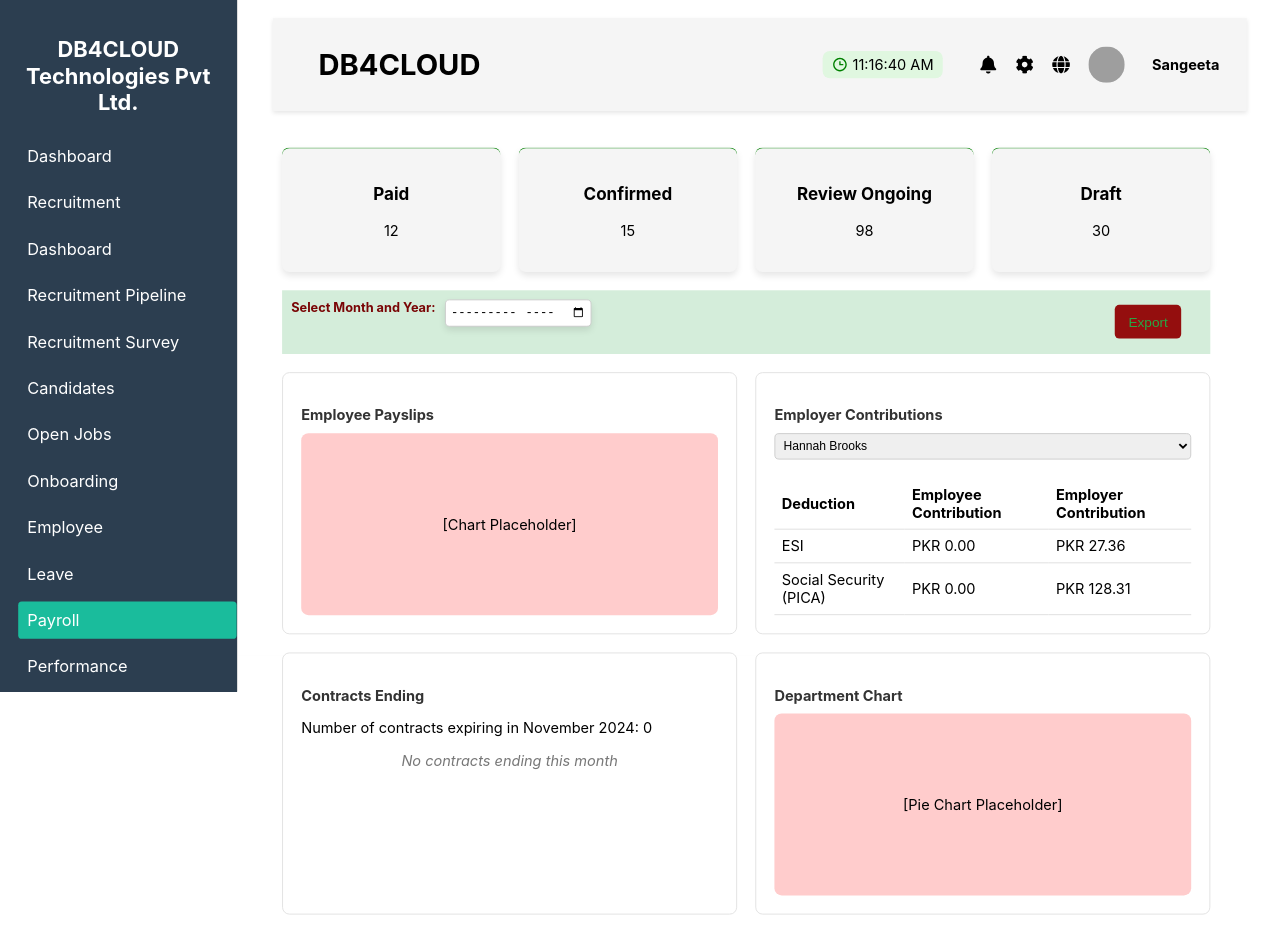
Repository: tinu-ns/Dev-code
Page: /payroll/payroll-dashboard (app in HRMS-DEMO-Sang/hrms/)
The author's editor kept a copy of each file at every save. The page is drawn from the files as they stood at one save, then again after a run of saves.
The browser window is 1280 px wide. The page is 1390 px wide, so the pictures cover 1390 px, including what lies to the right of the window. The pictures show the whole page, at 91% of full size.
Pictures or frames that could not be fetched are drawn as grey boxes. The project was rebuilt for these pictures with package versions that can differ from the ones it lists, and the page was loaded fresh each time. Also part of the build but not shown: HRMS-DEMO-Sang/hrms/src/components/Dashboard.js, HRMS-DEMO-Sang/hrms/src/components/Recruitment.js, HRMS-DEMO-Sang/hrms/src/components/Payroll/Payroll.js, HRMS-DEMO-Sang/hrms/src/components/Leave.js, HRMS-DEMO-Sang/hrms/src/components/Employee.js, HRMS-DEMO-Sang/hrms/src/components/MainContent.css, HRMS-DEMO-Sang/hrms/src/components/MainContent.js, HRMS-DEMO-Sang/hrms/src/components/RightSidebar.css and 8 more. Imported but missing from the stored project, and not drawn on this page: HRMS-DEMO-Sang/hrms/src/components/Onboarding, HRMS-DEMO-Sang/hrms/src/components/Performance.

Above is the page before, as saved 2024-11-06 11:50:52.

### HRMS-DEMO-Sang/hrms/src/App.js
// App.js
import React from 'react';
import { BrowserRouter as Router, Route, Routes, Navigate } from 'react-router-dom';
import Sidebar from './components/Sidebar';
import Dashboard from './components/Dashboard';
import Recruitment from './components/Recruitment';
import Onboarding from './components/Onboarding';
import Performance from './components/Performance';
import Payroll from './components/Payroll/Payroll';
import Leave from './components/Leave';
import Employee from './components/Employee';
import Header from './components/Header';
import MainContent from './components/MainContent';
import RightSidebar from './components/RightSidebar';
import RecruitmentDashboard from './components/Recruitment/RecruitmentDashboard';
import RecruitmentPipeline from './components/Recruitment/RecruitmentPipeline';
import Allowances from './components/Payroll/Allowances';
import Contract from './components/Payroll/Contract';
import Deductions from './components/Payroll/Deductions';
import Payslips from './components/Payroll/Payslips';
import PayrollDashboard from './components/Payroll/PayrollDashboard';
import EmployeeDashboard from './components/Employee/EmployeeDashboard';


import './App.css';

function App() {
  return (
    <Router>
      <div className="app">
        <Sidebar />
        <div className='content-container'>
          <Header />
          <div className="main-section">
            <Routes>
              {/* Main Dashboard Route */}
              <Route path="/" element={<><MainContent /><RightSidebar /></>} />

              {/* Subpage Routes */}
              <Route path="/dashboard" element={<Dashboard />} />
              <Route path="/recruitment" element={<Recruitment />} />
              <Route path="/recruitment/dashboard" element={<RecruitmentDashboard />} />
              <Route path="/recruitment/pipeline" element={<RecruitmentPipeline />} />
              <Route path="/recruitment/survey" element={<div>Survey Page</div>} />
              <Route path="/recruitment/candidates" element={<div>Candidates Page</div>} />
              <Route path="/recruitment/open-jobs" element={<div>Open Jobs Page</div>} />
              <Route path="/onboarding" element={<Onboarding />} />
              <Route path="/employee" element={<Employee />} />

              {/* Payroll Section Routes */}

              <Route path="/employee" element={<EmployeeDashboard />} />
            {/* Other routes */}
            <Route path="*" element={<Navigate to="/employee" />} />

              <Route path="/leave" element={<Leave />} />

              {/* Payroll Section Routes */}
              <Route path="/payroll" element={<Payroll />} />
              <Route path="/payroll/allowances" element={<Allowances />} />
              <Route path="/payroll/contract" element={<Contract />} />
              <Route path="/payroll/deductions" element={<Deductions />} />
              <Route path="/payroll/payslips" element={<Payslips />} />
              <Route path="/payroll/payroll-dashboard" element={<PayrollDashboard />} />
              <Route path="/performance" element={<Performance />} />


              {/* Redirect unknown routes to main dashboard */}
              <Route path="*" element={<Navigate to="/" />} />
            </Routes>
          </div>
        </div>
      </div>
    </Router>
  );
}

export default App;

### HRMS-DEMO-Sang/hrms/src/components/Sidebar.js
import React, {useState} from "react";
import { NavLink } from "react-router-dom";

import "./Sidebar.css"
const Sidebar = () => {
  const [isPayrollOpen, setIsPayrollOpen] = useState(false);
  const togglePayrollMenu = () => {
    setIsPayrollOpen(!isPayrollOpen);
  };


  return (
    <div className="container">
    <div className="sidebar">
      <h2>DB4CLOUD Technologies Pvt Ltd.</h2>
      <ul className="sidebar-list">
      <li>
          <NavLink to="/dashboard" activeClassName="active">
            Dashboard
          </NavLink>
        </li>
        <li>
          <NavLink to="/recruitment" activeClassName="active">
            Recruitment
          </NavLink>
          <ul>
            <li><NavLink to="/recruitment/dashboard">Dashboard</NavLink></li>
            <li><NavLink to="/recruitment/pipeline">Recruitment Pipeline</NavLink></li>
            <li><NavLink to="/recruitment/survey">Recruitment Survey</NavLink></li>
            <li><NavLink to="/recruitment/candidates">Candidates</NavLink></li>
            <li><NavLink to="/recruitment/open-jobs">Open Jobs</NavLink></li>
          </ul>
        </li>
        {/* Add more items as needed */}
        <li>
          <NavLink to="/onboarding" activeClassName="active">
            Onboarding
          </NavLink>
        </li>
        <li>
          <NavLink to="/employee" activeClassName="active">
            Employee
          </NavLink>
        </li>
        <li>
          <NavLink to="/leave" activeClassName="active">
            Leave
          </NavLink>
        </li>
            {/* Payroll section */}
        <li>
          <NavLink to="/payroll" activeClassName="active" className="menu-toggle" onClick={togglePayrollMenu}>
            Payroll
          </NavLink>

          {isPayrollOpen && (
            <ul className="submenu">
              <li><NavLink to="/payroll/payroll-dashboard">Dashboard</NavLink></li>
              <li><NavLink to="/payroll/allowances">Allowances</NavLink></li>
              <li><NavLink to="/payroll/contract">Contracts</NavLink></li>
              <li><NavLink to="/payroll/deductions">Deductions</NavLink></li>
              <li><NavLink to="/payroll/payslips">Payslips</NavLink></li>
              <li><NavLink to="/payroll/payroll">Payroll</NavLink></li>
              <li><NavLink to="/payroll/loan-advance-salary">Loan / Advance Salary</NavLink></li>
              <li><NavLink to="/payroll/encashments-reimbursements">Encashments & Reimbursements</NavLink></li>
              <li><NavLink to="/payroll/federal-tax">Federal Tax</NavLink></li>
            </ul>
          )}
        </li>
        <li>
          <NavLink to="/performance" activeClassName="active">
            Performance
          </NavLink>
        </li>
        <li>
          <NavLink to="/offboarding" activeClassName="active">
            Offboarding
          </NavLink>
        </li>
        <li>
          <NavLink to="/assets" activeClassName="active">
            Assets
          </NavLink>
        </li>
        <li>
          <NavLink to="/help-desk" activeClassName="active">
            Help Desk
          </NavLink>
        </li>
        <li>
          <NavLink to="/configuration" activeClassName="active">
            Configuration
          </NavLink>
        </li>
      </ul>
    </div>

    </div>
  );
};

export default Sidebar;

### HRMS-DEMO-Sang/hrms/src/components/Header.js
import React, {useState,useEffect} from 'react'
import {FaBell, FaCog, FaGlobe, FaSignOutAlt} from 'react-icons/fa'
import {BiTime} from 'react-icons/bi'
import './Header.css'

const Header = () => {
    const [currentTime, setCurrentTime] = useState('')
    const [showDropdown, setShowDropdown] = useState(false);

    const getCurrentTime = () => {
        const now = new Date()
        return now.toLocaleTimeString()   // Returns time as HH:MM:SS
    }

// Update time every second
useEffect(() => {
    const timer = setInterval(() => {
      setCurrentTime(getCurrentTime());
    }, 1000); // Update every 1000ms (1 second)

    // Cleanup interval on component unmount
    return () => clearInterval(timer);
  }, []); // Empty dependency array to run only on mount/unmount


    const toggleDropdown = () => {
        setShowDropdown(!showDropdown)
    }


  return (
    <header className='bg-container'>
      <div className='header'>
        <div className="header-left">
        <button className='menu-button'></button>
        <h1>DB4CLOUD</h1>
        </div>

        <div className="header-right">
          {/*  <p>You cannot mark attendence from this network</p> */}

                {/* Time display*/ }
                <div className="time-box">
                    <BiTime className='time-icon' />
                    <span>{currentTime}</span>
                </div>

                {/*Icons for notificatins, settings, etc. */}
                <FaBell className='icon' title='Notifications' />
                <FaCog className="icon" title="Settings" />
                <FaGlobe className='icon' title='Language' />

                {/* User Profile with dropdown*/ }

                <div className="user-profile" onClick={toggleDropdown}>
                    <div className="user-avatar">
                    < img src="https://th.bing.com/th/id/OIP.Pgv1PargHCECE7gCB5kJ-wHaKx?rs=1&pid=ImgDetMain"
                alt="user-Avatar" className="avatar" />
                    </div>
                    <span className="user-name">Sangeeta</span>

{showDropdown && (
    <div className="dropdown">
        <ul>
            <li>Profile</li>
            <li>Setting</li>
            <li>
                <FaSignOutAlt /> Logout
            </li>
        </ul>
    </div>
)}

</div>

     {  /*      <div className="user-info">
                <span className='user-name'>Shalu</span>
                < img src="https://th.bing.com/th/id/OIP.Pgv1PargHCECE7gCB5kJ-wHaKx?rs=1&pid=ImgDetMain"
                alt="user-Avatar" className="avatar" />
            </div>
            */ }
        </div>


      </div>

    </header>
  )
}

export default Header

### HRMS-DEMO-Sang/hrms/src/App.css
.app{
  display: flex;
  height: 100vh;
  background-color: #f4f4f4;
}

.content-container{
  flex-grow: 1;
  padding: 20px;
  background-color: #fff;
  margin-left: 200px;
  display: flex;
  flex-direction: column;

}

.main-section{
  display: flex;
  justify-content: space-between;
  padding: 20px;
}


.sidebar {
  width: 220px;
  background-color: #2c3e50;
  position: fixed;
  height: 100vh;
}

### HRMS-DEMO-Sang/hrms/src/components/Sidebar.css
 .container{
    display: flex;
    height: 100vh;
    margin-right: 50px;
}

/*
.content{
    flex-grow: 1;
    padding: 20px;
    padding-left: 50px;

}  */

.sidebar {
    width: 220px;
    height: 100vh;
    background-color: #503f2c;
    padding: 20px;
    color: white;
    height: 100vh;
    position: fixed;
    border-right: 2px solid #ddd;
    overflow-y: auto;        /* Allows vertical scrolling */
    position: fixed;
    margin-right: 200px;        /* Keeps sidebar fixed on the left side */

  }



  .sidebar h2{
    text-align: center;
    margin-bottom: 30px;
    font-size: 24px;
  }

  .sidebar-list{
    list-style-type: none;
    padding: 0;
  }


  .sidebar-list li{
    margin-bottom: 15px;
  }

  .sidebar-list li a {
    color: white;
    text-decoration: none;
    font-size: 18px;
    padding: 10px;
    border-radius: 4px;
    display: block;
  }

  .sidebar-list li a:hover{
    color: #1abc9c;
  }

  .sidebar-list li a.active{
    background-color: #1abc9c;
    color: white;
  }

  .sidebar {
    width: 250px;
    background-color: #2E3A46;
    color: #FFF;
    padding: 20px;
    height: 100vh;
  }

  .sidebar h2 {
    font-size: 1.5em;
    margin-bottom: 1em;
  }

  .sidebar ul {
    list-style: none;
    padding: 0;
  }

  .sidebar li {
    margin: 10px 0;
  }

  .sidebar li ul {
    margin-top: 5px;
  }

  .sidebar a {
    color: #FFF;
    text-decoration: none;
  }

  .sidebar a:hover {
    text-decoration: underline;
  }

  .sidebar a.active {
    color: #20c997;
  }

  .sidebar ul li a:hover, .menu-toggle:hover {
    background-color: #34495e;
  }

  .menu-toggle {
    background: none;
    border: none;
    color: #ecf0f1;
    font-size: 1rem;
    text-align: left;
    cursor: pointer;
    width: 100%;
    padding: 10px;
  }

  .submenu {
    list-style-type: none;
    padding-left: 20px;
  }

  .submenu li a {
    padding-left: 20px;
    font-size: 0.9rem;
  }

### HRMS-DEMO-Sang/hrms/src/components/Employee.css
/* EmployeeDashboard.css */
.employee-dashboard {
    padding: 20px;
  }

  .container {
    display: flex;
    justify-content: space-between;
    align-items: flex-start;
  }

  .month-year-selector {
    width: 40%;
  }

  .employee-details {
    width: 55%;
    padding: 10px;
    border: 1px solid #ccc;
    border-radius: 5px;
  }

  .calendar {
    margin-top: 10px;
    border: 1px solid #007bff;
    padding: 10px;
  }

  .calendar-month {
    display: grid;
    grid-template-columns: repeat(7, 1fr); /* 7 columns for the days */
    gap: 5px;
  }

  .calendar-day {
    padding: 10px;
    background-color: #f0f0f0;
    text-align: center;
    cursor: pointer;
    border: 1px solid #ccc;
    border-radius: 3px;
    transition: background-color 0.3s;
  }

  .calendar-day:hover {
    background-color: #d0e8ff;
  }

  .employee-chart {
    margin-top: 10px;
  }

  .employee-status {
    padding: 10px;
    border: 1px solid #ccc;
    border-radius: 5px;
    display: flex;
    justify-content: space-between;
    margin-bottom: 5px;
  }

  .draft { background-color: #fff3cd; }
  .reviewed { background-color: #cce5ff; }
  .confirmed { background-color: #d4edda; }
  .paid { background-color: #d1ecf1; }

### HRMS-DEMO-Sang/hrms/src/components/Header.css
.bg-container{
  padding-left: 30px;

}

.header {
    background-color: #f5f5f5;
    padding: 10px 20px;
    display: flex;
    justify-content: space-between;
    align-items: center;
    box-shadow: 0px 2px 5px rgba(0, 0, 0, 0.1);
  }

  .header-left {
    display: flex;
    align-items: center;
  }

  .menu-button {
    font-size: 24px;
    background: none;
    border: none;
    cursor: pointer;
  }

  .h1{
    margin-left: 15px;
    font-size: 24px;
    color: red! important ;
  }

  .header-right{
    display: flex;
    align-items: center;
  }

  .icon{
    margin-left: 20px;
    font-size: 20px;
    cursor: pointer;
  }

  .time-box {
    display: flex;
    align-items: center;
    background-color: #e0f7e0;
    padding: 5px 10px;
    border-radius: 8px;
    margin-right: 20px;
  }

  .time-icon {
    margin-right: 5px;
    font-size: 18px;
    color: green;
  }

  .user-profile{
    display: flex;
    align-items: center;
    cursor: pointer;
    position: relative;
  }

  .user-avatar{
    padding: 20px;
  }

  .avatar{
    width: 40px;
    height: 40px;
    background-color: #d4d4d4;
    border-radius: 50%;
    display: flex;
    justify-content: center;
    align-items: center;
    font-size: 18px;
    color: white;
    margin-right: 10px;

  }

  .user-name{
    font-weight: bold;
  }

  .dropdown{
    position: absolute;
    top: 50px;
    right: 0;
    background-color: #fff;
    box-shadow: 0px 2px 8px rgba(0, 0, 0, 0.1);
    border-radius: 5px;
    z-index: 100;
  }

  .dropdown ul {
    list-style-type: none;
    padding: 10px;
    margin: 0;
  }

  .dropdown ul li {
    padding: 10px 15px;
    cursor: pointer;
  }

  .dropdown ul li:hover {
    background-color: #f5f5f5;
  }

  .user-info {
    display: flex;
    align-items: center;
  }

  .user-name {
    margin-right: 10px;
  }

### HRMS-DEMO-Sang/hrms/src/components/Recruitment/RecruitmentPipeline.css
.pipeline-container {
    padding: 20px;
    background-color: #f5f5f5;
    border-radius: 8px;
  }

  .pipeline-section {
    margin-top: 20px;
  }

  .pipeline-section h3 {
    background-color: #f8f9fa;
    padding: 10px;
    border-left: 5px solid #ffa500;
  }

  .recruitment-table {
    width: 100%;
    border-collapse: collapse;
  }

  .recruitment-table th,
  .recruitment-table td {
    padding: 10px;
    border-bottom: 1px solid #ddd;
    text-align: left;
  }

  .recruitment-table th {
    background-color: #f1f1f1;
  }

  button {
    padding: 5px 10px;
    margin: 0 5px;
    border: none;
    border-radius: 4px;
    cursor: pointer;
  }

  button:hover {
    background-color: #ddd;
  }

### HRMS-DEMO-Sang/hrms/src/components/Payroll/PayrollDashboard.css
/* PayrollDashboard.css */
.payroll-dashboard {
  padding: 20px;
}

.status-containers {
  display: flex;
  justify-content: space-between;
  margin-bottom: 20px;
}

.status-container {
  background-color: #f0f0f0;
  border: 1px solid #ccc;
  padding: 10px;
  text-align: center;
  width: 18%;
}

.paid {
  background-color: #d4edda;
}
.confirmed {
  background-color: #cce5ff;
}
.review {
  background-color: #fff3cd;
}
.draft {
  background-color: #f8d7da;
}


.export-buttons {
  display: flex;
  gap: 10px;
  padding: 10px;
  text-align: center;
  cursor: pointer;
  width: 100px;


}

.export{
    color: #28a745;
    font-size: 15px;
    padding: 10px 15px;
    font-weight: 400;
    cursor: pointer;
    font-size: 15px;
    background-color:  #940e0e;
    border-radius: 5px;
    border: none;




}

.export-form {
  margin-top: 20px;
  border: 1px solid #ccc;
  padding: 20px;
  background-color: #f9f9f9;
  border: 1px solid #ccc;
  border-radius: 5px;
  width: 40%;
  display: flex;
  flex-direction: column;
  box-shadow: 0px 4px 8px rgba(0, 0, 0, 0.1);
}

.form-row {
    display: flex;
    gap: 20px;
    margin-bottom: 10px;
  }

  .form-group {
    display: flex;
    flex-direction: column;
    flex: 1;
  }

  .form-group label {
    margin-bottom: 5px;
    font-size: 14px;
    color: #333;
    font-weight: bold;
  }

.export-form label {
  display: block;
  margin-bottom: 10px;
}

.export-form input,
.export-form select {
    padding: 8px;
  border: 1px solid #ccc;
  border-radius: 5px;
}

.export-form button {
  margin-top: 10px;
  padding: 10px;
  background-color: #28a745;
  color: white;
  border: none;
  cursor: pointer;
}

.submit-button:hover {
    background-color: #218838;
  }

.status {
  display: flex;
  justify-content: space-around;
  gap: 20px;
}

.status-item {
  background-color: #f5f5f5;
  padding: 20px;
  width: 200px;
  text-align: center;
  border-radius: 8px;
  margin-bottom: 20px;
  box-shadow: 0px 4px 8px rgba(0, 0, 0, 0.1);
  border-top: 1px solid green;
}

.row-container {
  display: flex;
  align-items: center;
  justify-content: space-between; /* Space between calendar and export button */
  margin-bottom: 20px;
  background-color: #d4edda;
  text-align: center;

}

.calendar-container {
    margin-bottom: 20px;
  }


.date-selector {
  display: flex;
  flex-direction: row;
  padding: 10px;
}

.date-selector label {
  font-size: 14px;
  margin-bottom: 5px;
  margin-right: 10px;
  color: rgb(121, 5, 5);
  font-weight: bold;
  text-align: center;
}

.date-selector input[type="month"] {
  padding: 5px;
  border: 1px solid #ccc;
  border-radius: 5px;
  box-shadow: 0px 4px 8px rgba(0, 0, 0, 0.1);
}

.dashboard-content {
  display: grid;
  grid-template-columns: 1fr 1fr;
  gap: 20px;
}

.employee-payslips,
.contributions,
.contracts-ending,
.department-chart {
  background-color: #ffffff;
  border: 1px solid #e0e0e0;
  border-radius: 8px;
  padding: 20px;
}

.employee-payslips h3,
.contributions h3,
.contracts-ending h3,
.department-chart h3 {
  font-size: 16px;
  color: #333333;
  margin-bottom: 10px;
}

.payslip-chart,
.chart-placeholder {
  height: 200px;
  background-color: #ffcccc;
  border-radius: 8px;
  display: flex;
  align-items: center;
  justify-content: center;
}

.employee-dropdown {
  width: 100%;
  padding: 5px;
  margin-bottom: 10px;
  border: 1px solid #ccc;
  border-radius: 5px;
}

table {
  width: 100%;
  border-collapse: collapse;
  margin-top: 10px;
}

th,
td {
  padding: 8px;
  text-align: left;
  border-bottom: 1px solid #ddd;
}

.no-contracts {
  text-align: center;
  color: #777;
  font-style: italic;
}

### HRMS-DEMO-Sang/hrms/src/components/Employee/EmployeeDashboard.css
/* EmployeeDashboard.css */
.employee-dashboard {
    padding: 20px;
  }

  .container {
    display: flex;
    justify-content: space-between;
    align-items: flex-start;
  }

  .month-year-selector {
    width: 40%;
  }

  .employee-details {
    width: 55%;
    padding: 10px;
    border: 1px solid #ccc;
    border-radius: 5px;
  }

  .calendar {
    margin-top: 10px;
    border: 1px solid #007bff;
    padding: 10px;
  }

  .calendar-month {
    display: grid;
    grid-template-columns: repeat(7, 1fr); /* 7 columns for the days */
    gap: 5px;
  }

  .calendar-day {
    padding: 10px;
    background-color: #f0f0f0;
    text-align: center;
    cursor: pointer;
    border: 1px solid #ccc;
    border-radius: 3px;
    transition: background-color 0.3s;
  }

  .calendar-day:hover {
    background-color: #d0e8ff;
  }

  .employee-chart {
    margin-top: 10px;
  }

  .employee-status {
    padding: 10px;
    border: 1px solid #ccc;
    border-radius: 5px;
    display: flex;
    justify-content: space-between;
    margin-bottom: 5px;
  }

  .draft { background-color: #fff3cd; }
  .reviewed { background-color: #cce5ff; }
  .confirmed { background-color: #d4edda; }
  .paid { background-color: #d1ecf1; }

Loaded but not shown: HRMS-DEMO-Sang/hrms/public/index.html (common file); HRMS-DEMO-Sang/hrms/src/index.js (common file); HRMS-DEMO-Sang/hrms/src/index.css (common file); HRMS-DEMO-Sang/hrms/src/reportWebVitals.js (common file); HRMS-DEMO-Sang/hrms/src/components/Payroll/PayrollDashboard.js (185 lines, source omitted)

After the next 2 saves:
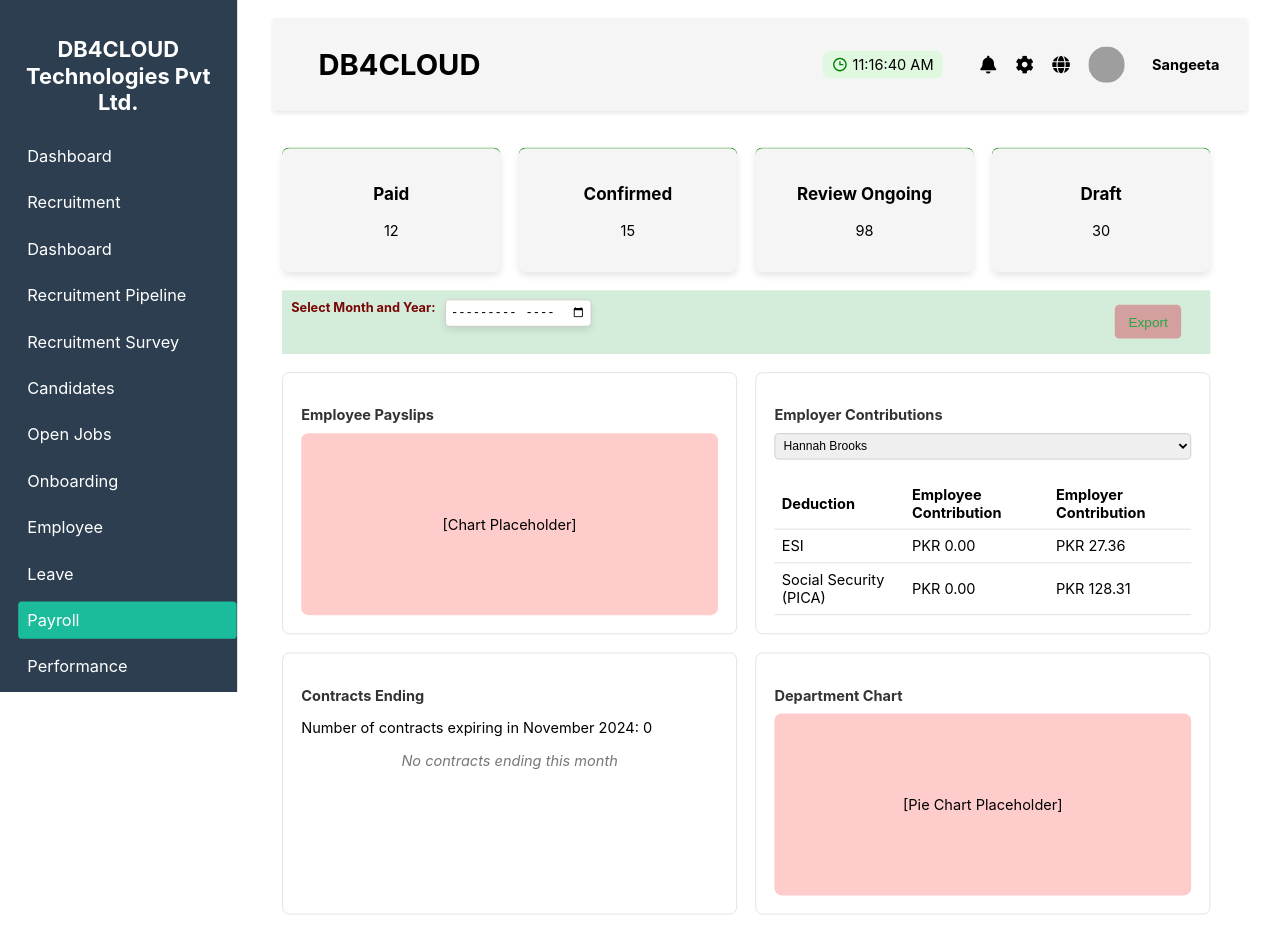
The 2 saves are shown as one change because they came seconds apart.
The last was saved 6 s later.
--- a/HRMS-DEMO-Sang/hrms/src/components/Payroll/PayrollDashboard.css
+++ b/HRMS-DEMO-Sang/hrms/src/components/Payroll/PayrollDashboard.css
@@ -49,7 +49,7 @@
     font-weight: 400;
     cursor: pointer;
     font-size: 15px;
-    background-color:  #940e0e;
+    background-color:  #d39f9f;
     border-radius: 5px;
     border: none;
 
